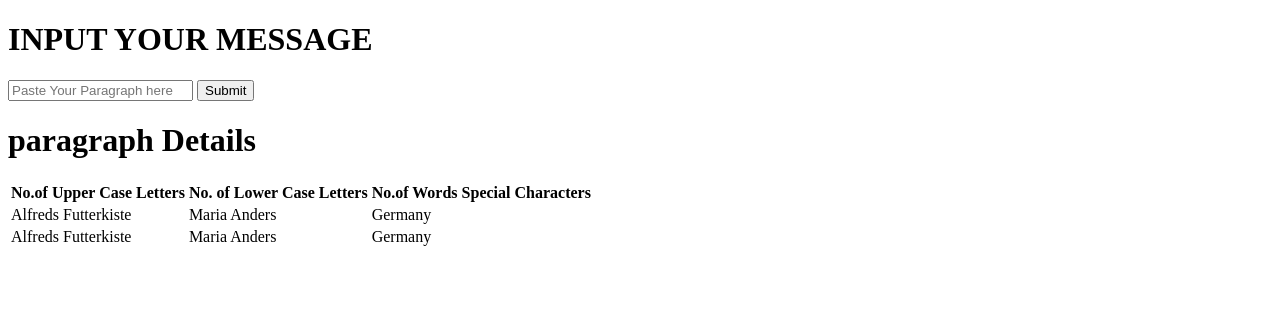
Repository: SharonSebastian32/Paragraph_management_application
Page: index.html
An editor plug-in stored every save of this project. The page is shown before and after a run of saves, followed by the edit.
The browser window is 1280 px wide. The pictures show the whole page.

Above is the page before, as saved 2024-08-22 14:33:33.

After the next 3 saves:
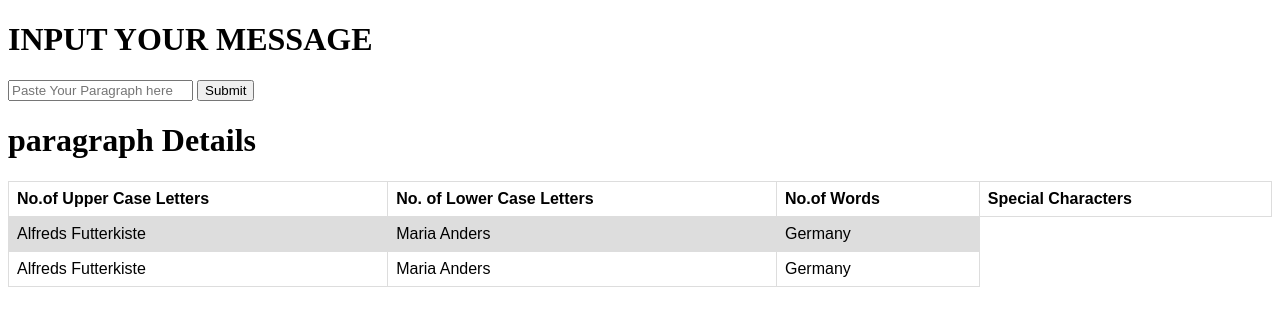
The 3 saves are shown as one change because they came seconds apart.
The last was saved 10 s later.
--- a/index.html
+++ b/index.html
@@ -4,6 +4,7 @@
     <meta charset="UTF-8" />
     <meta name="viewport" content="width=device-width, initial-scale=1.0" />
     <title>Document</title>
+    <link rel="stylesheet" href="./Style.css">
   </head>
   <body>
     <div class="container">
